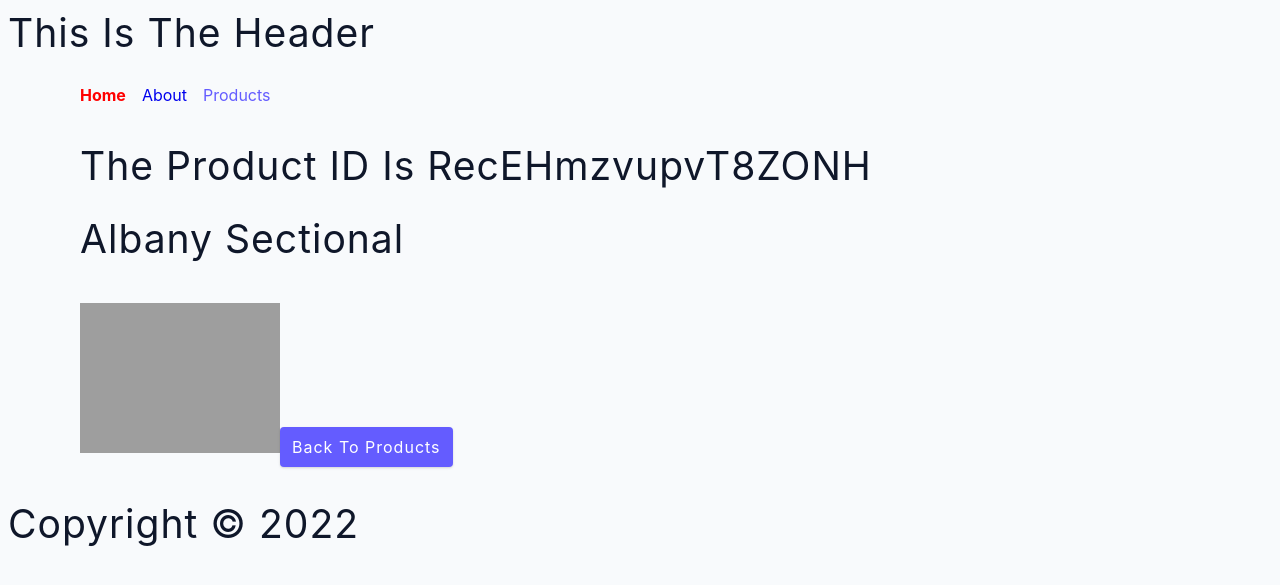
Repository: kennedyowusu/react-router-tutorial
Page: /products/recEHmzvupvT8ZONH
An editor plug-in stored every save of this project. The page is shown before and after the next save, followed by the edit.
The browser window is 1280 px wide. The pictures show the whole page.
Pictures or frames that could not be fetched are drawn as grey boxes. The project was rebuilt for these pictures with package versions that can differ from the ones it lists, and the page was loaded fresh each time. Also part of the build but not shown: src/pages/About.js, src/pages/Products.js, src/pages/Home.js, src/pages/Error.js, src/components/Navbar.js.

Above is the page before, as saved 2022-12-27 18:19:38.

After the next save:
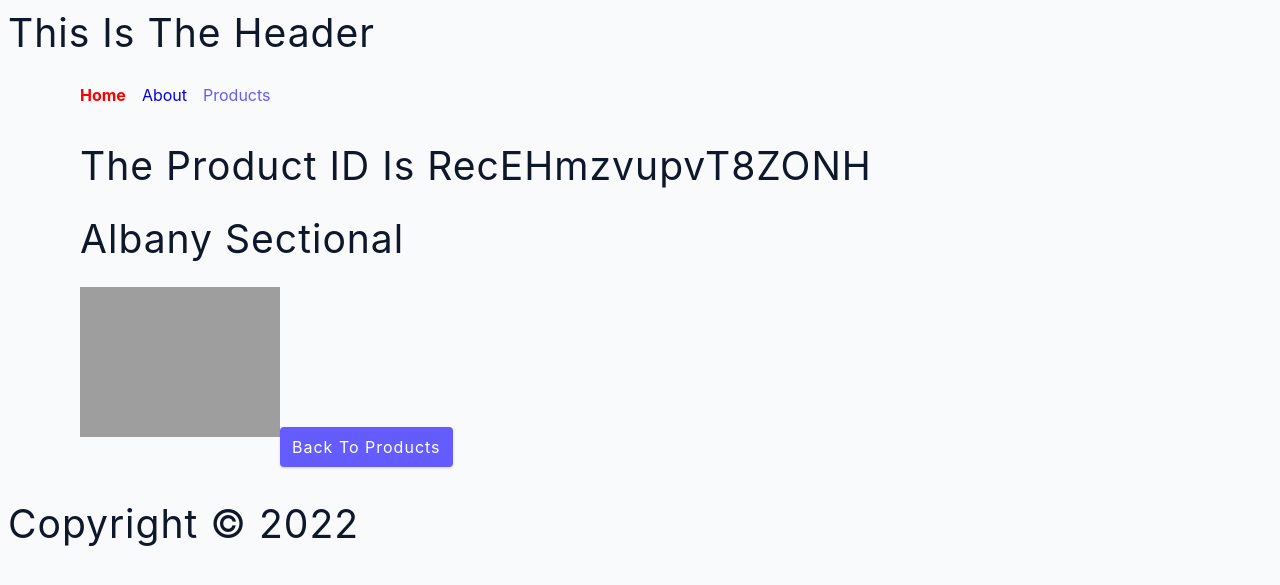
Saved 9 s later.
--- a/src/pages/SingleProduct.js
+++ b/src/pages/SingleProduct.js
@@ -13,7 +13,7 @@ const SingleProduct = () => {
     <section className='section product'>
       <h2>The product ID is {id}</h2>
       <h2>{name}</h2>
-      <img src={image || 'https://via.placeholder.com/150'} alt={name} style={{ marginTop: '1rem' }}/>
+      <img src={image || 'https://via.placeholder.com/150'} alt={name} style={{ marginBottom: '1rem' }}/>
       <Link to='/products' className='btn'> back to products</Link>
     </section>
   );
